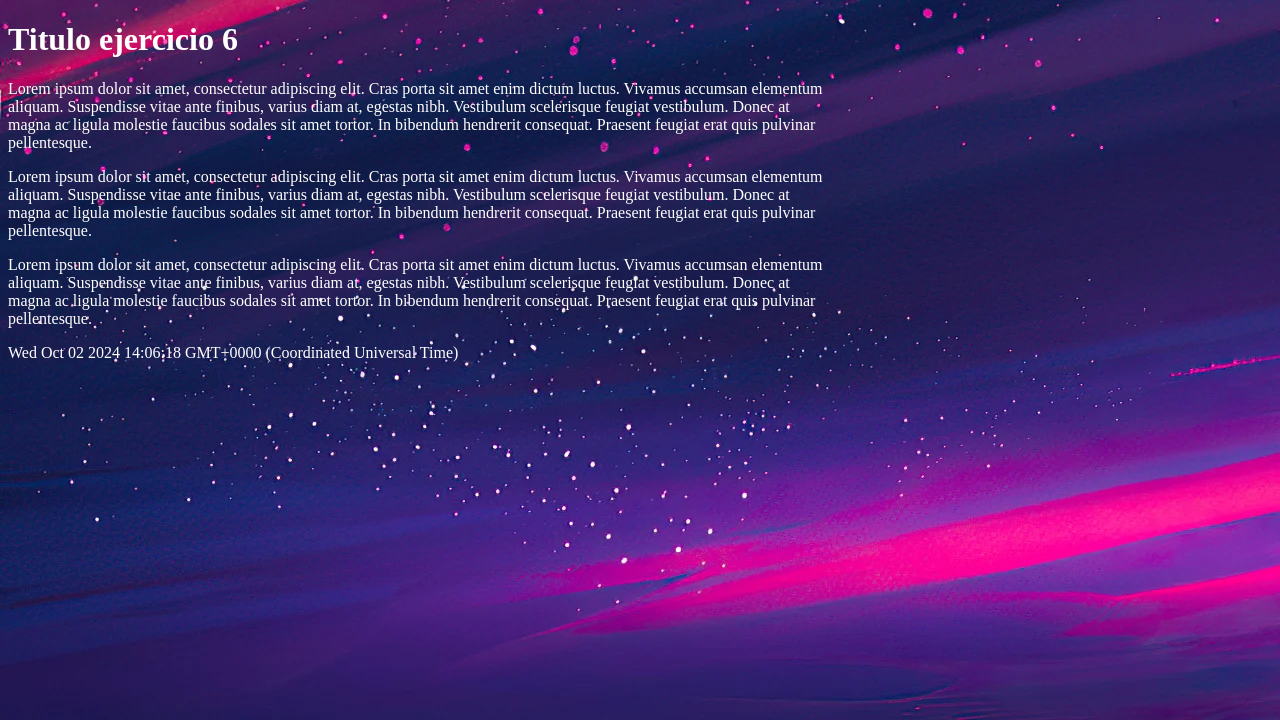
Repository: demoniers/clase
Page: lenguajes/html/ejercicio6/src/index.html
The author's editor kept a copy of each file at every save. The page is drawn from the files as they stood at one save, then again after the next save.
The browser window is 1280 px wide. The pictures show the whole page.

Above is the page before, as saved 2024-10-08 13:07:46.

After the next save:
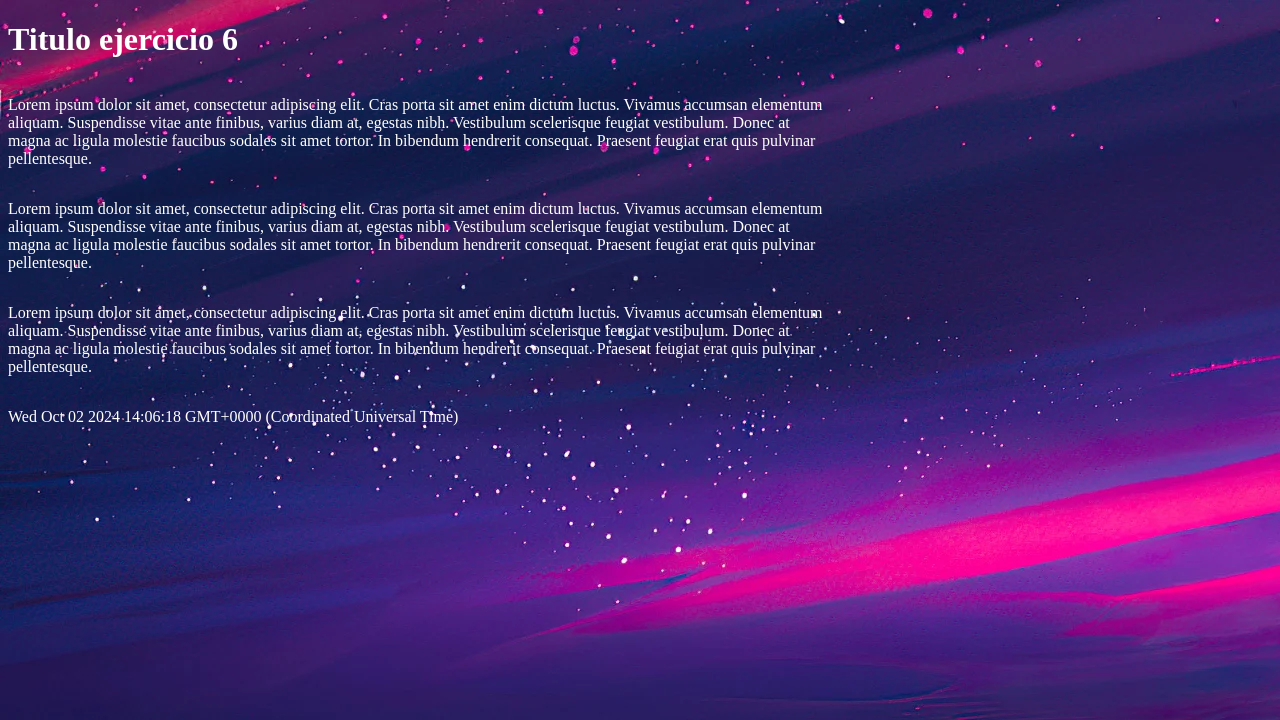
Saved 97 s later.
--- a/lenguajes/html/ejercicio6/style/style.css
+++ b/lenguajes/html/ejercicio6/style/style.css
@@ -9,5 +9,6 @@
         }
         #container {
             width: 65%;
-            align-items: center;
+            display: flex;
+            flex-flow: column;
         }
